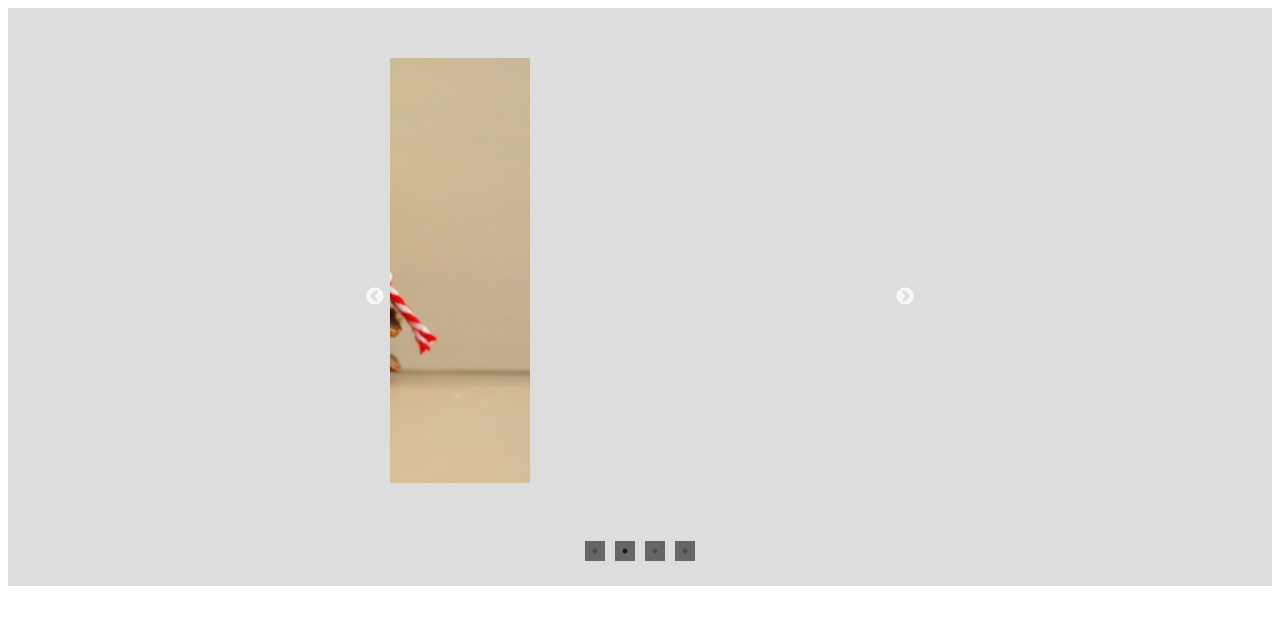
Repository: 92hisa/js-slideshow
Page: index.html
The author's editor kept a record of every edit. The page is drawn from the files as they stood at one moment, then again after the next edit.
The browser window is 1280 px wide. The pictures show the whole page.

Above is the page before.

After the next edit:
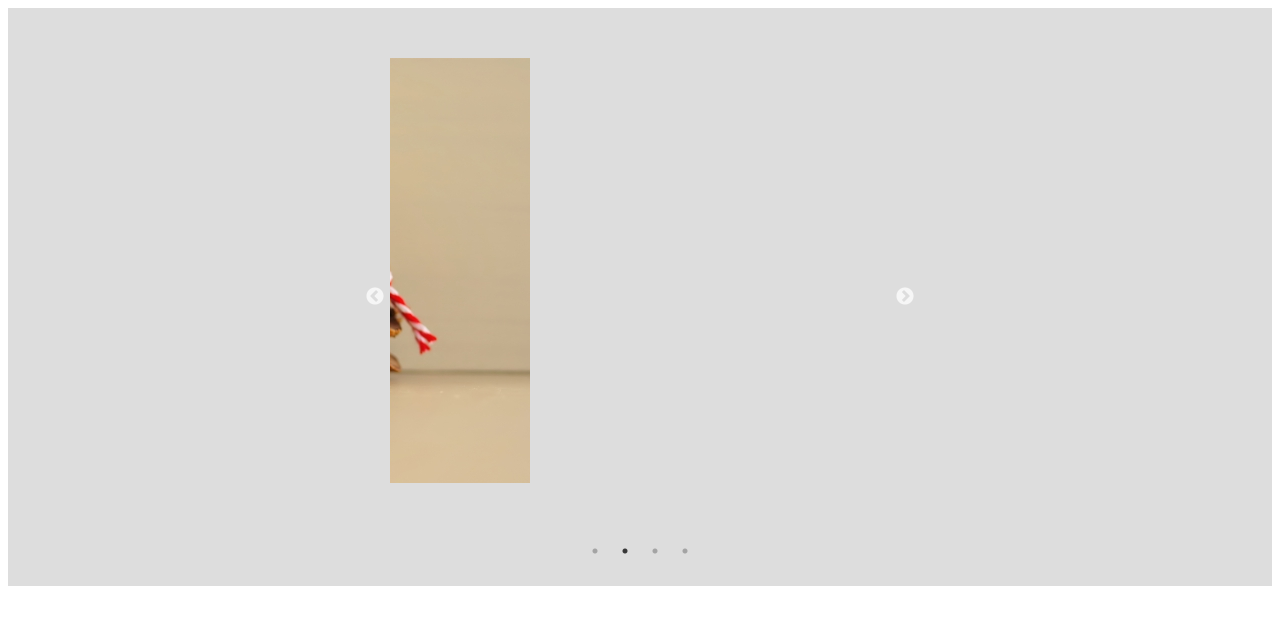
The edit:
--- a/main.css
+++ b/main.css
@@ -6,7 +6,3 @@
   width: 500px;
   margin: auto;
 }
-
-li{
-    background-color: #666;
-  }
